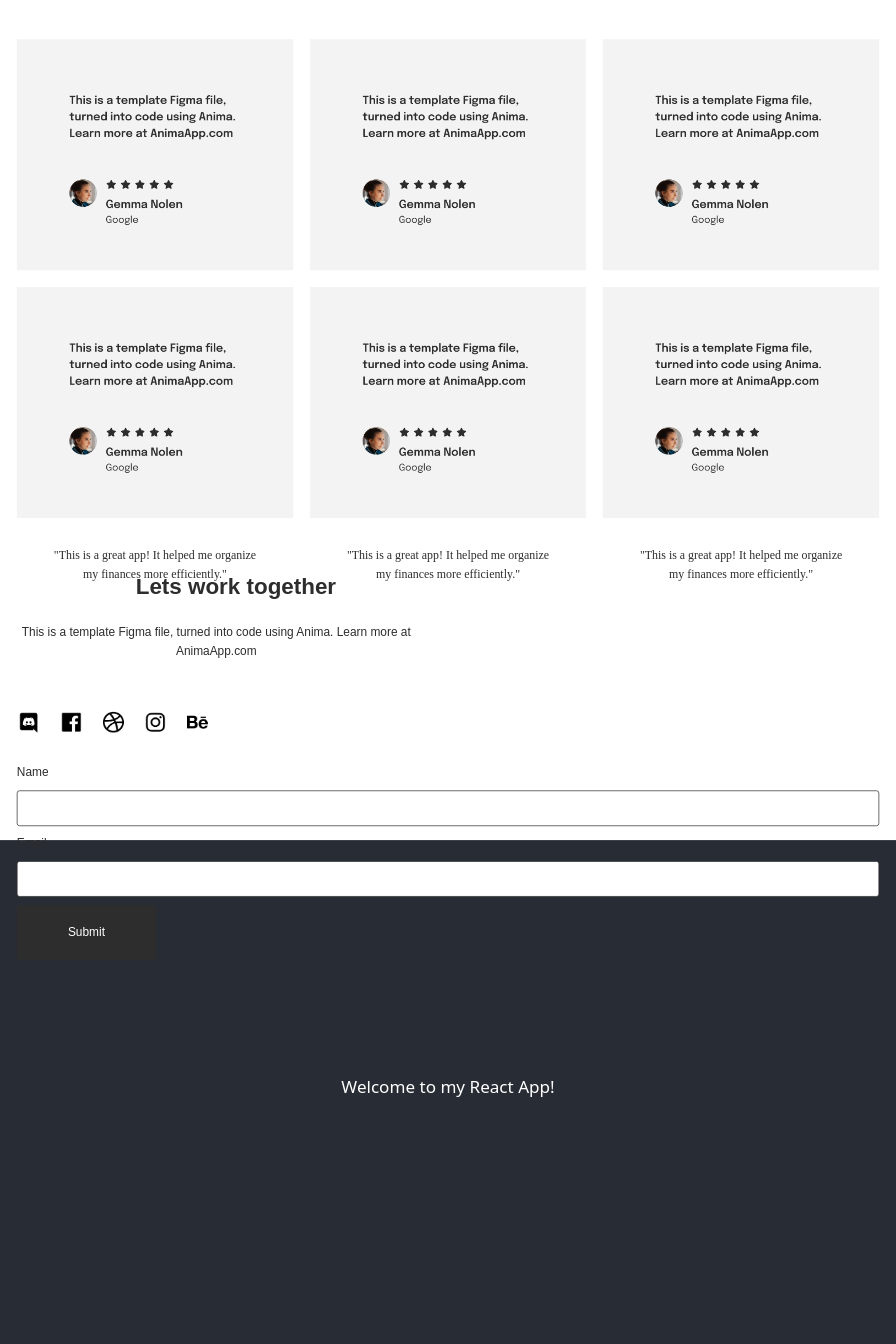
Repository: nida463/project-portofolio
Page: /
The author's editor kept a copy of each file at every save. The page is drawn from the files as they stood at one save, then again after the next save.
The browser window is 1280 px wide. The pictures show the part of the page from y = 2193 to 4113 px (the page is 4113 px tall), at 70% of full size.
The project was rebuilt for these pictures with package versions that can differ from the ones it lists, and the page was loaded fresh each time.

Above is the page before, as saved 2024-09-18 11:40:06.

After the next save:
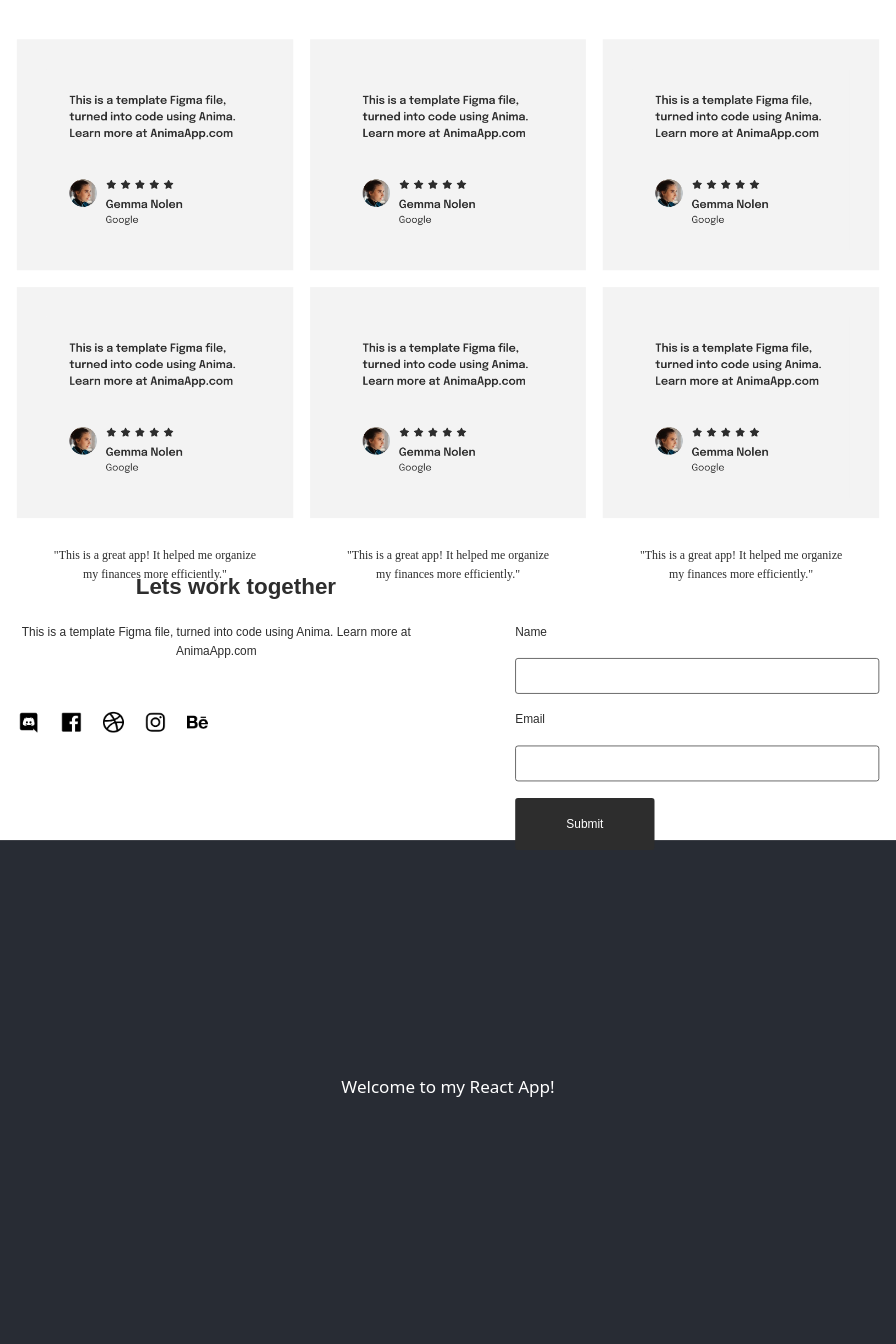
Saved 14 s later.
--- a/src/Components/Contact.css
+++ b/src/Components/Contact.css
@@ -49,15 +49,45 @@
     height: 159px;
   }
 
+  /* Contact Description */
+  .contact-description {
+    width: 570px;
+    height: 81px;
+    font-family: 'Epilogue', sans-serif;
+    font-style: normal;
+    font-weight: 400;
+    font-size: 17px;
+    line-height: 27px;
+    color: #2D2D2D;
+  }
+
+  /* Social Links */
+  .social-links {
+    display: flex;
+    flex-direction: row;
+    align-items: flex-start;
+    padding: 0px;
+    gap: 24px;
+    width: 570px;
+    height: auto;
+  }
+
+  .social-icon {
+    width: 36px;
+    height: 36px;
+  }
+
   /* Contact Form */
   .contact-form {
     display: flex;
     flex-direction: column;
     align-items: flex-start;
     padding: 0px;
-    gap: 12px;
-    width: 100%;
-    height: auto;
+    gap: 24px;
+    width: 520px;
+    min-width: 320px;
+    max-width: 520px;
+    height: 232px;
   }
 
   .contact-form label {
@@ -98,31 +128,3 @@
   .contact-button:hover {
     background: #1a1a1a;
   }
-
-  /* Social Links */
-  .social-links {
-    display: flex;
-    flex-direction: row;
-    align-items: flex-start;
-    padding: 0px;
-    gap: 24px;
-    width: 100%;
-    height: auto;
-  }
-
-  .social-icon {
-    width: 36px;
-    height: 36px;
-  }
-
-  /* Contact Description */
-  .contact-description {
-    width: 570px;
-    height: 81px;
-    font-family: 'Epilogue', sans-serif;
-    font-style: normal;
-    font-weight: 400;
-    font-size: 17px;
-    line-height: 27px;
-    color: #2D2D2D;
-  }
